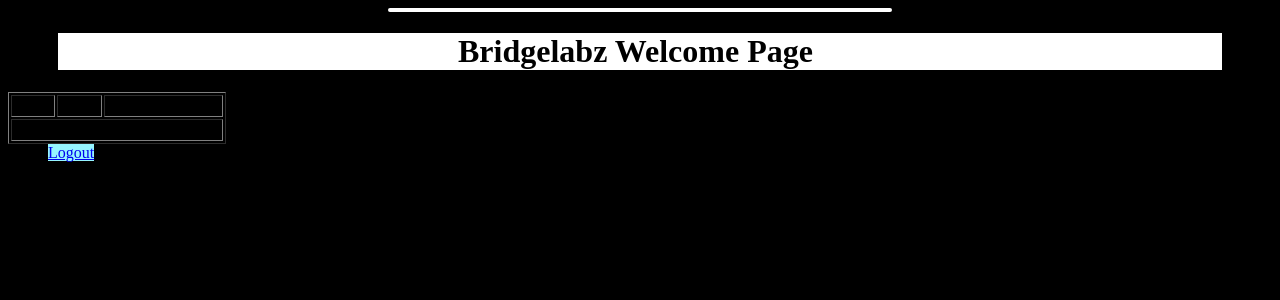
Repository: MarkFernandes11/Advanced-Java
Page: http://localhost/Login/welcome.jsp
The author's editor kept a copy of each file at every save. The page is drawn from the files as they stood at one save, then again after the next save.
The browser window is 1280 px wide. The pictures show the whole page.
The page is served by Tomcat 9.

Above is the page before, as saved 2019-09-26 12:14:55.

After the next save:
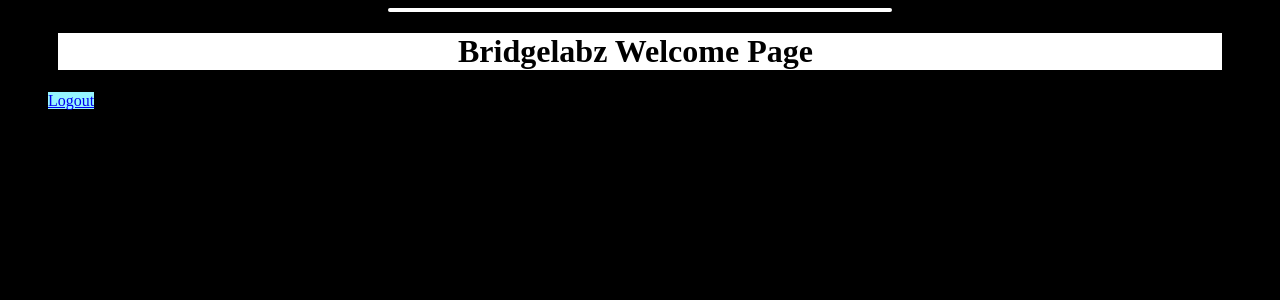
Saved 34 s later.
--- a/Login/WebContent/welcome.jsp
+++ b/Login/WebContent/welcome.jsp
@@ -19,40 +19,6 @@
 			<h1>Bridgelabz Welcome Page</h1>
 	</header>
 
-	<table border="1px solid #000;">
-		<tr>
-			<th><b>Name</b></th>
-			<th><b>Email</b></th>
-			<th><b>Contact Number</b></th>
-		</tr>
-
-		<%List<User> list = (ArrayList<User>)request.getAttribute("userlist");
-
-		if(list != null)	{
-
-		for(User u : list)
-			{
-			%>
-			<tr>
-			<!-- <td colspan=3>User list </td> -->
-				<td colspan="1"><% out.print(u.getFirstname());%></td>
-				<td colspan="1"><% out.print(u.getLastname());%></td>
-				<td colspan="1"><% out.print(u.getEmail());%></td>
-				<td colspan="1"><% out.print(u.getPassword());%></td>
-				<td colspan="1"><% out.print(u.getContactNumber());%></td>
-			</tr>
-		<%
-			}
-		}else{
-		%>
-		<tr>
-			<td colspan=3>User list User list is empty
-		</td>
-		</tr>
-		<%} %>
-	</table>
-
-
 	<a href="login.jsp" class = "button">Logout</a>
 </body>
 </html>
